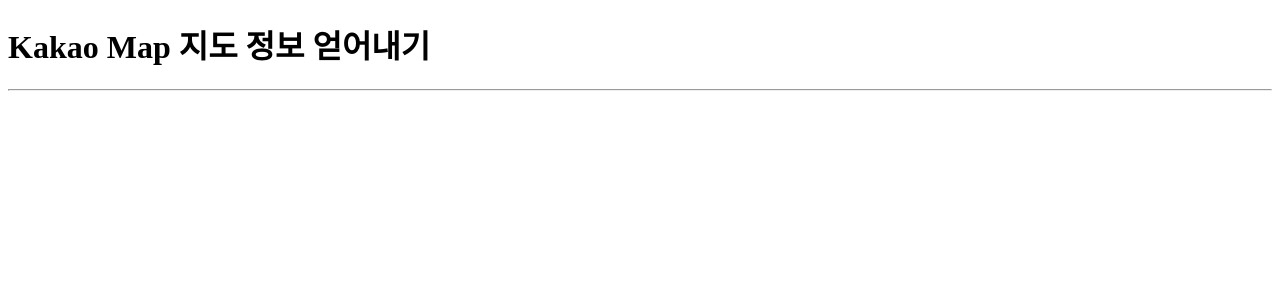
Repository: DongHyenYoo/DongHyen
Page: KakaoMapStudy/MapApp01/WebContent/MapTest008.html
These files come from the project's save history. The page is drawn as it stood at one moment and after the next save; the edit follows.
The browser window is 1280 px wide. The pictures show the whole page.

Above is the page before, as saved 2023-01-02 00:35:32.
Console error: ReferenceError: initialize is not defined

After the next save:
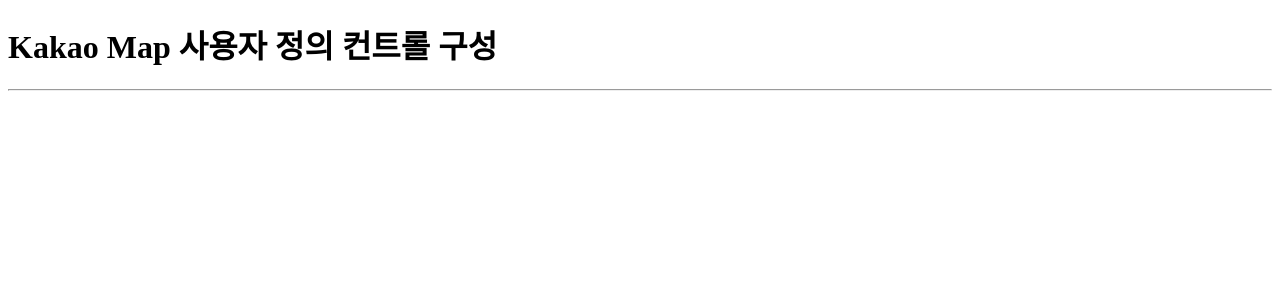
Saved 16 s later.
--- a/KakaoMapStudy/MapApp01/WebContent/MapTest008.html
+++ b/KakaoMapStudy/MapApp01/WebContent/MapTest008.html
@@ -16,7 +16,7 @@
 
 <div>
 
-	<h1>Kakao Map 지도 정보 얻어내기</h1>
+	<h1>Kakao Map 사용자 정의 컨트롤 구성</h1>
 	<hr />
 </div>
 
